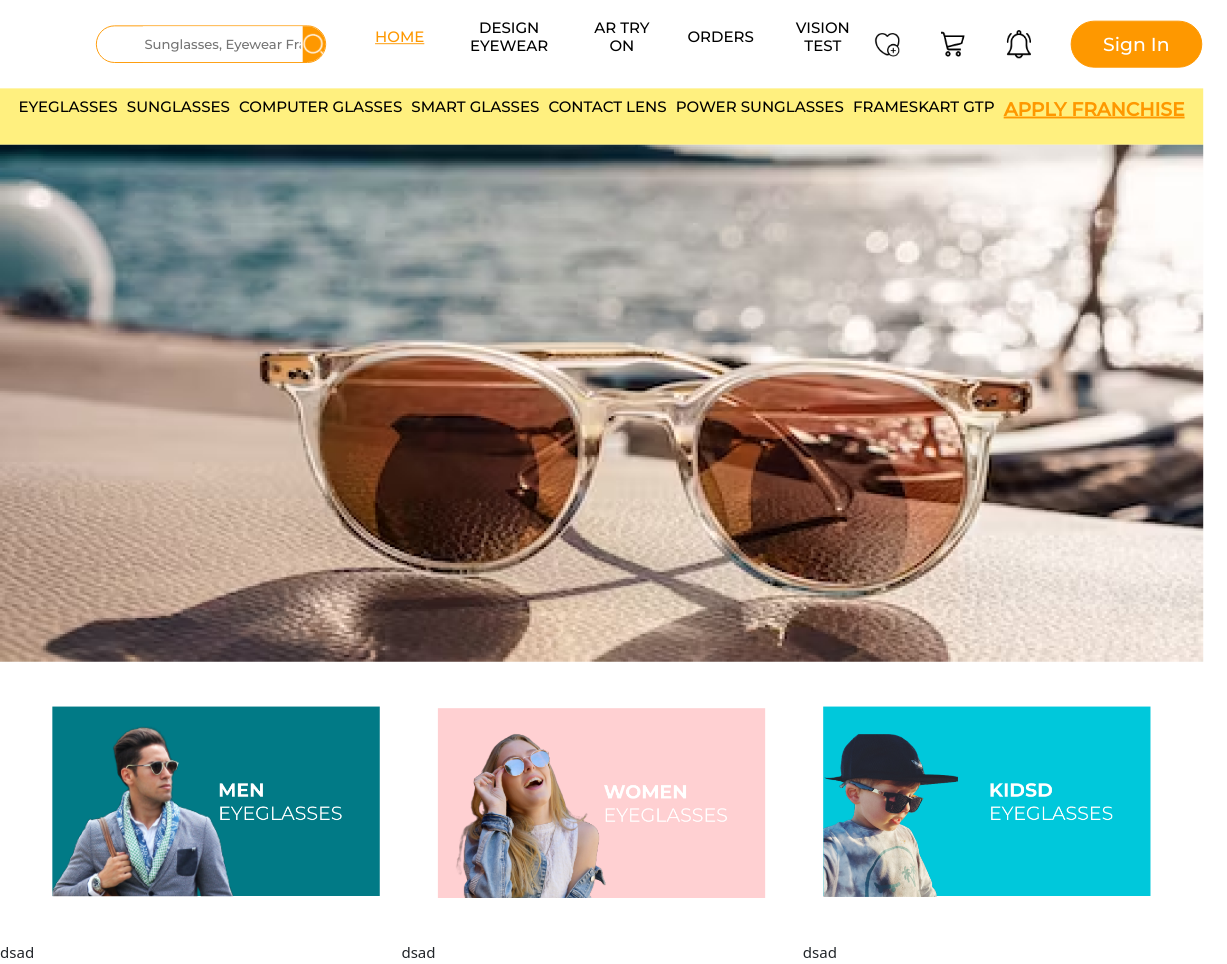
Repository: FlyweisReact/Frameskart
Page: /
An editor plug-in stored every save of this project. The page is shown before and after the next save, followed by the edit.
The browser window is 1280 px wide. The page is 1305 px wide, then 1280 px, then 1305 px, so the pictures cover 1305 px, including what lies to the right of the window. The pictures show the whole page, at 94% of full size.
The project was rebuilt for these pictures with package versions that can differ from the ones it lists, and the page was loaded fresh each time.

Above is the page before, as saved 2023-10-21 15:03:52.

After the next save:
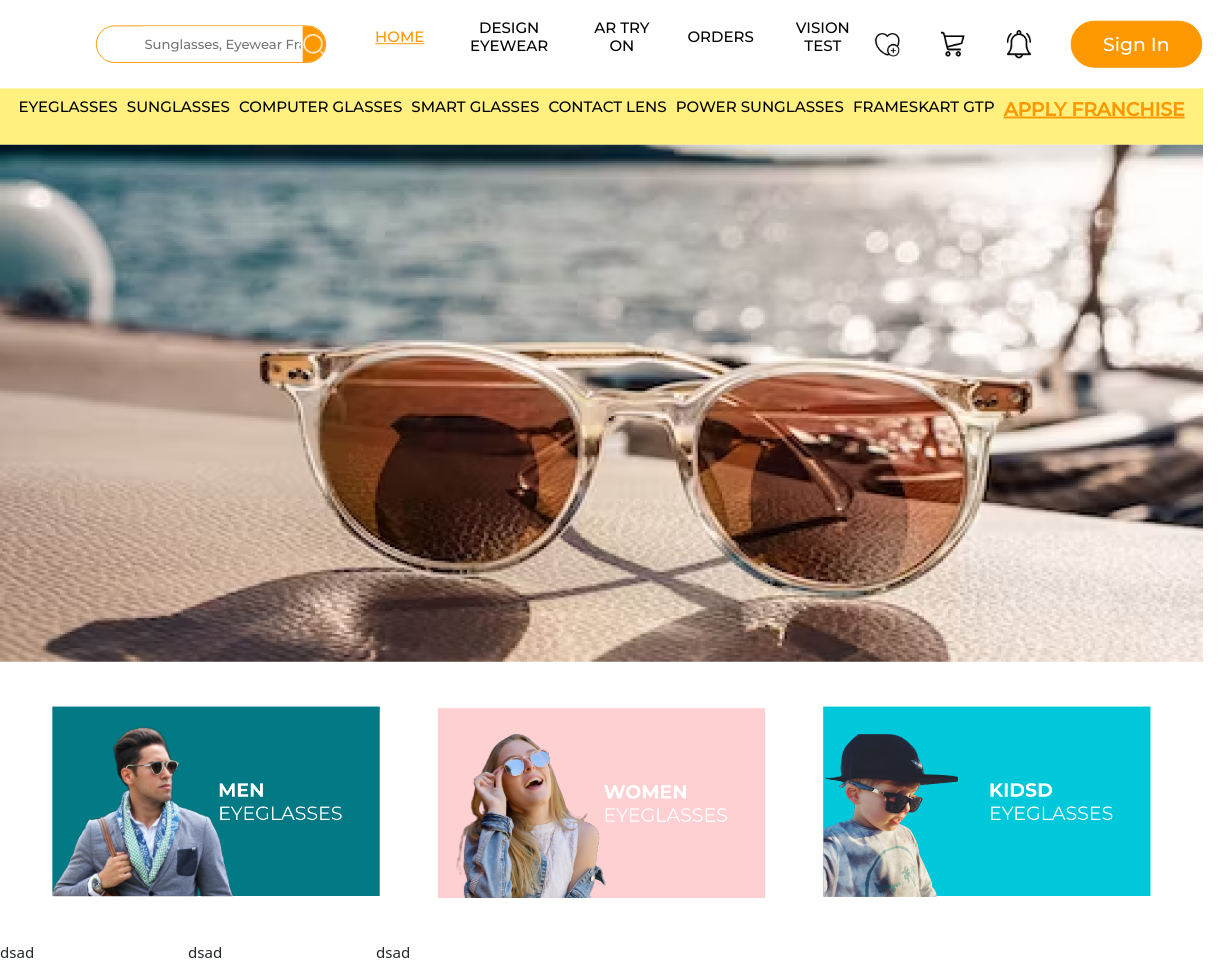
Saved 73 s later.
--- a/src/Screen/Home.js
+++ b/src/Screen/Home.js
@@ -25,7 +25,9 @@
         </div>
       </div>
 
-      <ShopSlider />
+      <div style={{ width: "600px" }}>
+        <ShopSlider />
+      </div>
     </>
   );
 };

After the save that followed:
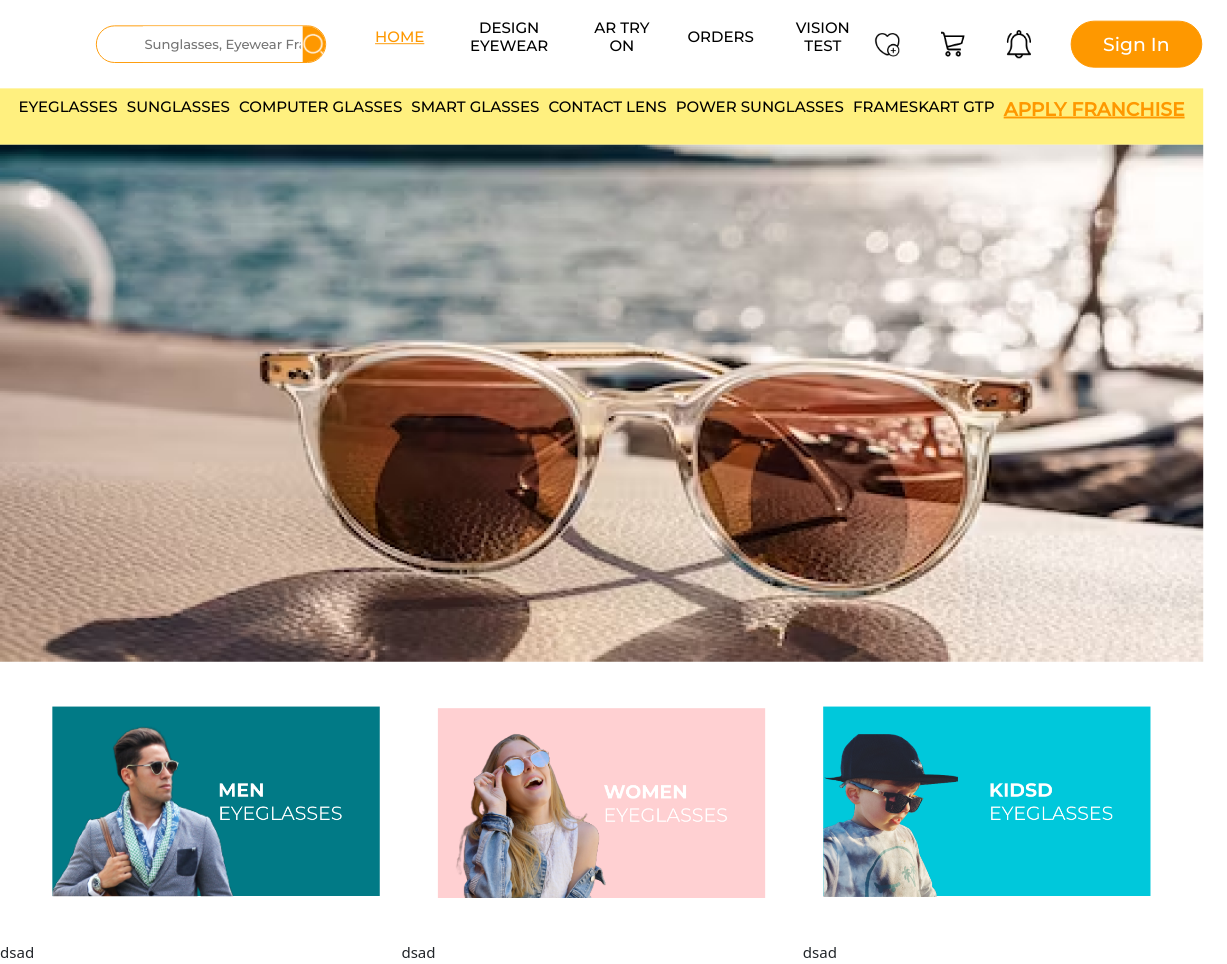
Saved 15 s later.
--- a/src/Screen/Home.js
+++ b/src/Screen/Home.js
@@ -25,7 +25,7 @@
         </div>
       </div>
 
-      <div style={{ width: "600px" }}>
+      <div  className="carousel-container" >
         <ShopSlider />
       </div>
     </>
